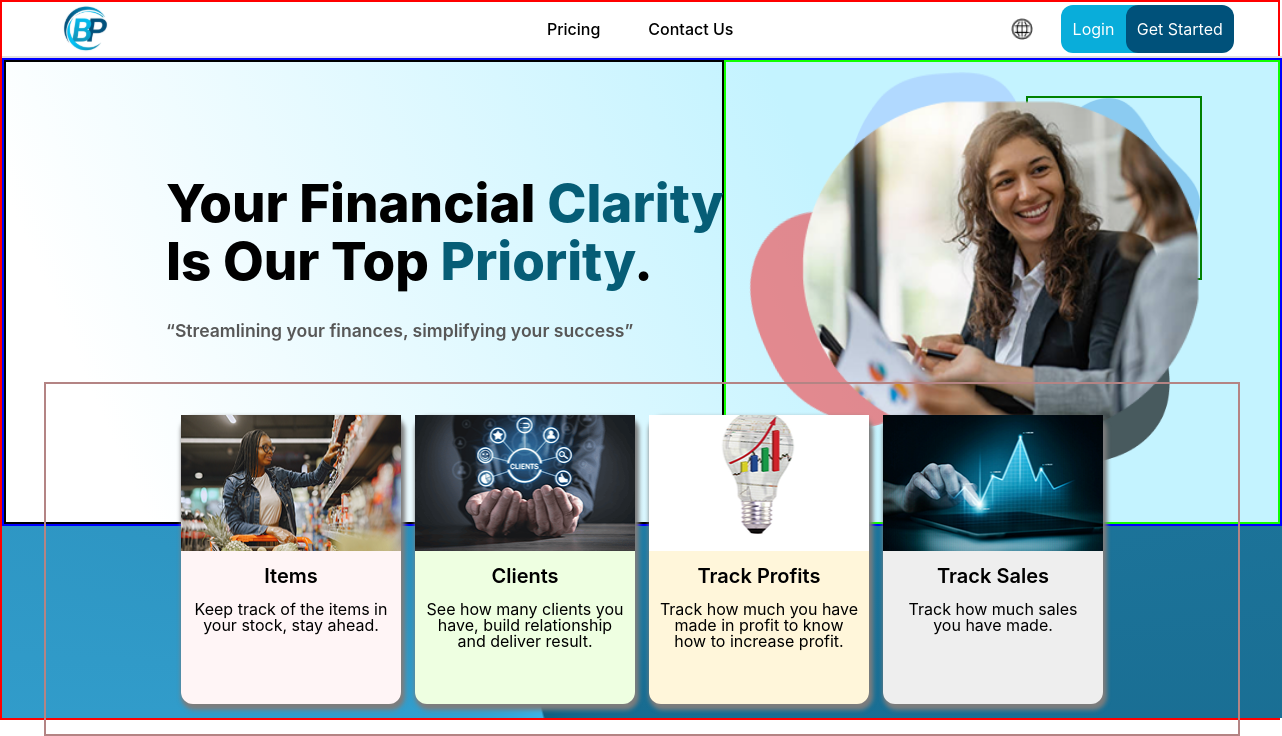
Repository: dark-txch/Bizpadi
Page: /
These files come from the project's save history. The page is drawn as it stood at one moment and after a run of saves; the edit follows.
The browser window is 1280 px wide. The page is 1282 px wide, so the pictures cover 1282 px, including what lies to the right of the window. The pictures show the whole page.
The project was rebuilt for these pictures with package versions that can differ from the ones it lists, and the page was loaded fresh each time. Also part of the build but not shown: vite.config.js, src/components/ErrorBoundary.jsx, src/components/LandingPage/PricingPage/Pricing.jsx, src/components/LandingPage/LogInPage/LogIn.jsx.

Above is the page before, as saved 2025-04-07 09:57:16.

### index.html
<!DOCTYPE html>
<html lang="en">
	<head>
		<meta charset="UTF-8" />
		<link rel="icon" type="image/svg+xml" href="/public/logo.svg" />
		<meta name="viewport" content="width=device-width, initial-scale=1.0" />
		<title>Bizpadi</title>
	</head>
	<body>
		<div id="root"></div>
		<script type="module" src="/src/main.jsx"></script>
	</body>
</html>

### src/index.css
:root {
	font-family: system-ui, Avenir, Helvetica, Arial, sans-serif;
	line-height: 1.5;
	font-weight: 400;

	color-scheme: light dark;
	color: black;
	background-color: white;

	font-synthesis: none;
	text-rendering: optimizeLegibility;
	-webkit-font-smoothing: antialiased;
	-moz-osx-font-smoothing: grayscale;
}

* {
	box-sizing: border-box;
	padding: 0;
	margin: 0;
	outline: none;
	border: none;
}

body {
	height: 100vh;
	width: 100vw;

	font-family: "inter", sans-serif;
}

a {
	text-decoration: none;
}

### src/App.jsx
import "./App.css";
import { BrowserRouter as Router, Routes, Route } from "react-router-dom";
import ErrorBoundary from "./components/ErrorBoundary";
// Upper imports are very important
import Nav from "./components/LandingPage/Nav";
import PricingPage from "./components/LandingPage/PricingPage/Pricing";
import LogInPage from "./components/LandingPage/LogInPage/LogIn";
import MidSection from "./components/LandingPage/MidSection";
import Footer from "./components/LandingPage/Footer";

function LandingPage() {
	return (
		<>
			<div className="landingPageContainer">
				<Nav />
				<MidSection />
				<Footer />
			</div>
		</>
	);
}

function App() {
	return (
		<Router>
			<Routes>
				<Route path="/" element={<LandingPage />} />
				<Route path="/pricing" element={<PricingPage />} />
				<Route path="/login" element={<LogInPage />} />
			</Routes>
		</Router>
	);
}

export default App;

### src/App.css
/*  LANDING PAGE/Main container */

@font-face {
	font-family: "MyCustomFont";
	src: url("/fonts/Inter/Inter-Italic-VariableFont_opsz,wght.ttf")
			format("truetype"),
		url("/fonts/Inter/Inter-VariableFont_opsz,wght.ttf") format("truetype");
	font-weight: normal;
	font-style: normal;
}
/* ------------------------------------------------------------------------------- */
/* THIS IS THE LANDING PAGE CONTAINER */
.landingPageContainer {
	width: 100vw;
	height: 100vh;
	font-family: "Inter", sans-serif;
	display: grid;
	/* grid-template-rows: 3.5rem 2fr 1fr; */
	grid-template-rows: 3.5rem 1fr 12rem;

	border: 2px solid red;
}

/* ------------------------------------------------------------------------------------ */
/*  THIS IS THE NAV CONTAINER */
.homepage-nav {
	width: 100%;
	display: flex;
	padding: 0 3rem 0;
	font-size: 1rem;
	align-items: center;
	justify-content: space-between;
	border-bottom: 2px solid #e1dfdf;
}
/*  THIS IS THE NAV CONTAINER CHILDREN */
.homepage-nav .logo {
	/* THIS IS THE LOGO CONTAINER */
	display: flex;
	flex: 1;
	align-self: center;
	height: inherit;
}
.homepage-nav .logo img {
	/* THIS IS THE LOGO IMG */
	height: 100%;
	width: auto;
}

.homepage-nav .pricingContact {
	/* THIS IS THE PRICING AND CONTACT US CONTAINER */
	display: flex;
	flex: 3;
	justify-content: center;
	gap: 3rem;
	font-weight: 500;
	line-height: 100%;
	letter-spacing: 0%;
}
.homepage-nav .pricingContact a {
	color: black;
	cursor: pointer;
}

.homepage-nav .loginGetStarted {
	/*THIS IS THE LOGIN AND GET STARTED CONTAINER*/
	height: 3rem;
	display: flex;
	flex: 1;
	justify-content: end;
	align-items: center;
	gap: 0.7rem;
	color: white;
	border-radius: 12px;
}
.homepage-nav .loginGetStarted img {
	/* THIS IS THE LOGIN AND GET STARTED IMAGE */
	height: 1.5rem;
	transform: translate(1rem, 0);
}
.homepage-nav .loginGetStarted a:nth-of-type(1) {
	/* THIS IS THE LOGIN BUTTON */
	background-color: #09adda;
	color: inherit;
	height: inherit;
	border-radius: inherit;
	display: flex;
	align-items: center;
	padding: 0 2rem 0 0.7rem;
	transform: translate(2rem, 0);
}

.homepage-nav .loginGetStarted a:nth-of-type(2) {
	/* THIS IS THE GET STARTED BUTTON*/
	background-color: #00517a;
	display: flex;
	align-items: center;
	white-space: nowrap;
	color: inherit;
	height: inherit;
	border-radius: inherit;
	padding: 0 0.7rem;
	position: relative;
	z-index: 2;
}

/* MIDSECTION -------------------------------------------------------------------------------*/
/* THIS IS THE MIDSECTION THAT HOUSES THE HEADER AND PARAGRAPH */
.midSection {
	display: flex;
	justify-content: center;
	/* align-items: center; */
	width: 100%;
	background: linear-gradient(246.72deg, #c4f3ff 34.96%, #ffffff 90.24%);

	border: 2px solid rgb(0, 0, 255);
}
.landingPageMotto {
	/* THIS IS THE CONTAINER FOR THE HEADER AND PARAGRAPH */
	padding: 3rem;
	/* max-width: 40rem; */
	max-width: 45rem;
	width: 100%;
	flex: 0 0 auto;
	white-space: nowrap;
	/* transform: translate(8rem, 0); */

	border: 2px solid black;
}
.landingPageMotto > h1 {
	font-weight: 800;
	font-size: 3.3rem;
	line-height: 110%;
	text-transform: capitalize;
	margin: 4rem 7rem 2rem;
}
.landingPageMotto > h1 span {
	color: #065d76;
}
.landingPageMotto > p {
	font-weight: 600;
	font-size: 1.1rem;
	line-height: 100%;
	letter-spacing: 0%;
	margin-left: 7rem;
	color: #575757;
}

.landingPageImages {
	/* THIS IS THE LANDING PAGE IMAGES CONTAINER*/
	flex: 1; /* grow to take remaining space */
	height: 100%;
	display: flex;
	justify-content: center;
	align-items: center;
	/* padding: 3rem; */
	overflow: hidden;
	position: relative; /* so children can be absolutely positioned */

	border: 2px solid rgb(17, 255, 0);
}

.landingPageImages > img {
	/* border: 2px solid green; */
	position: absolute;
	margin-top: -3rem;
}

.landingPageImages > img:nth-of-type(1) {
	/* MAIN SMILEY IMAGE */
	border-radius: 150px;
	width: 25rem;
	z-index: 100;
	/* border: 2px solid green; */
}

.landingPageImages > img:nth-of-type(2) {
	/* THIS IS THE BLACK VECTOR */
	width: 175.07px;
	height: 184.4px;
	transform: translate(5rem, 6.5rem);

	/* border: 2px solid green; */
}

.landingPageImages > img:nth-of-type(3) {
	/* EGG ROUND LIGHT BLUE VECTOR */
	width: 175.07px;
	height: 184.4px;
	opacity: 0.63;
	transform: translate(-4rem, -6.5rem);

	/* border: 2px solid green; */
}

.landingPageImages > img:nth-of-type(4) {
	/* DARK ORANGE VECTOR*/
	/* height: 153px; */
	height: 14rem;
	width: 152px;
	transform: translate(-10.5rem, 3.3rem) rotate(-15deg);

	/* border: 2px solid green; */
}

.landingPageImages > img:nth-of-type(5) {
	/* Top right blue vector */
	width: 176px;
	height: 185;

	transform: translate(7rem, -5rem);

	border: 2px solid green;
}

/* FOOTER---------------------------------------------------------------------------------------------- */
/* This is the footer section/container that houses the feature container */
.footer {
	width: 100vw;
	display: flex;
	justify-content: center;
	/* flex: 1; */
	background: conic-gradient(
		from 164.13deg at 41.58% 79.97%,
		#115e80 0deg,
		#3db3e6 3.6deg,
		#115e80 360deg
	);
}

.footer > section {
	width: 1196px;
	height: 354px;
	display: flex;
	justify-content: center;
	align-items: center;
	gap: 14px;
	position: absolute;
	/* top: 400px; */
	transform: translate(0, -9rem);
	z-index: 999;

	border: 2px solid rgb(180, 132, 132);
}

/* This is the container that houses all the features in the footer */
.featuresContainer {
	width: 220px;
	height: 289px;
	border-radius: 12px;
	text-align: center;
	letter-spacing: 0%;
	box-shadow: 2px 4px 4px 2px #7d7d7d;
}

.featuresContainer h1 {
	font-weight: 600;
	font-size: 20px;
	line-height: 100%;
	margin-bottom: 15px;
}

.featuresContainer p {
	font-weight: 400;
	font-size: 16px;
	line-height: 100%;
	padding: 0 10px 0;
}

/* This is the general image container for the featuresContainer */
.imageContainer {
	height: 136px;
	width: 100%;
	margin-bottom: 15px;
}

/* General styling for the images in the imageContainer */
.imageContainer img {
	width: 100%;
	height: 100%;
}

/* Added colors to the backgrounds of the footer featuresContainer individually */
.items {
	background-color: #fff5f6;
}
.clients {
	background-color: #eeffe1;
}
.trackProfits {
	background-color: #fff6da;
}
.trackSales {
	background-color: #eeeeee;
}

### src/components/LandingPage/Nav.jsx
import { Link } from "react-router-dom";

export default function Nav() {
	return (
		<>
			{/* THIS IS THE NAV CONTAINER */}
			<nav className="homepage-nav">
				{/* THIS IS THE LOGO CONTAINER */}
				<div className="logo">
					<img src="/assets/icons/logo.svg" alt="Bizpadi icon" />
				</div>

				{/* THIS IS THE PRICING AND CONTACT US CONTAINER */}
				<div className="pricingContact">
					<Link to="/pricing">Pricing</Link>
					<a href="#">Contact Us</a>
				</div>

				{/* THIS IS THE LOGIN AND GET STARTED CONTAINER*/}
				<div className="loginGetStarted">
					<img src="/assets/icons/world.png" alt="world" />
					<Link to="/login">Login</Link>
					<a href="#">Get Started</a>
				</div>
			</nav>
		</>
	);
}

### src/components/LandingPage/MidSection.jsx
export default function MidSection() {
	return (
		<section className="midSection">
			<div className="landingPageMotto">
				<h1>
					Your financial{" "}
					<span>
						clarity <br />
					</span>
					is our top <span>priority</span>.
				</h1>
				<p>“Streamlining your finances, simplifying your success”</p>
			</div>

			{/* This is the images section in the mid section */}
			<div className="landingPageImages">
				<img src="/assets/images/smiley.png" alt="smiley" />
				<img src="/assets/images/Vector-black.png" alt="vector-black" />
				<img src="/assets/images/Vector-blue.png" alt="vector-blue" />
				<img src="/assets/images/Vector-orange.png" alt="vector-orange" />
				<img src="/assets/images/Vector.png" alt="vector" />
			</div>
		</section>
	);
}

### src/components/LandingPage/Footer.jsx
export default function Footer() {
	return (
		<div className="footer">
			{/* The section container is the parent to the features */}
			<section>
				<div className="featuresContainer items">
					{/* The feautureOntainer class is given to all the divs housing the features */}
					<div className="imageContainer">
						<img src="/public/assets/images/client-1.png" alt="client-1" />
					</div>
					<h1>Items</h1>
					<p>Keep track of the items in your stock, stay ahead.</p>
				</div>

				<div className="featuresContainer clients">
					<div className="imageContainer">
						<img src="/public/assets/images/client-2.png" alt="client-2" />
					</div>
					<h1>Clients</h1>
					<p>
						See how many clients you have, build relationship and deliver
						result.
					</p>
				</div>

				<div className="featuresContainer trackProfits">
					<div className="imageContainer">
						<img
							src="/public/assets/images/track-profit.png"
							alt="track-profit"
						/>
					</div>
					<h1>Track Profits</h1>
					<p>
						Track how much you have made in profit to know how to increase
						profit.
					</p>
				</div>

				<div className="featuresContainer trackSales">
					<div className="imageContainer">
						<img
							src="../../../public/assets/images/track-sales.png"
							alt="track-sales"
						/>
					</div>
					<h1>Track Sales</h1>
					<p>Track how much sales you have made.</p>
				</div>
			</section>
		</div>
	);
}

Loaded but not shown: src/main.jsx (common file)

After the next 3 saves:
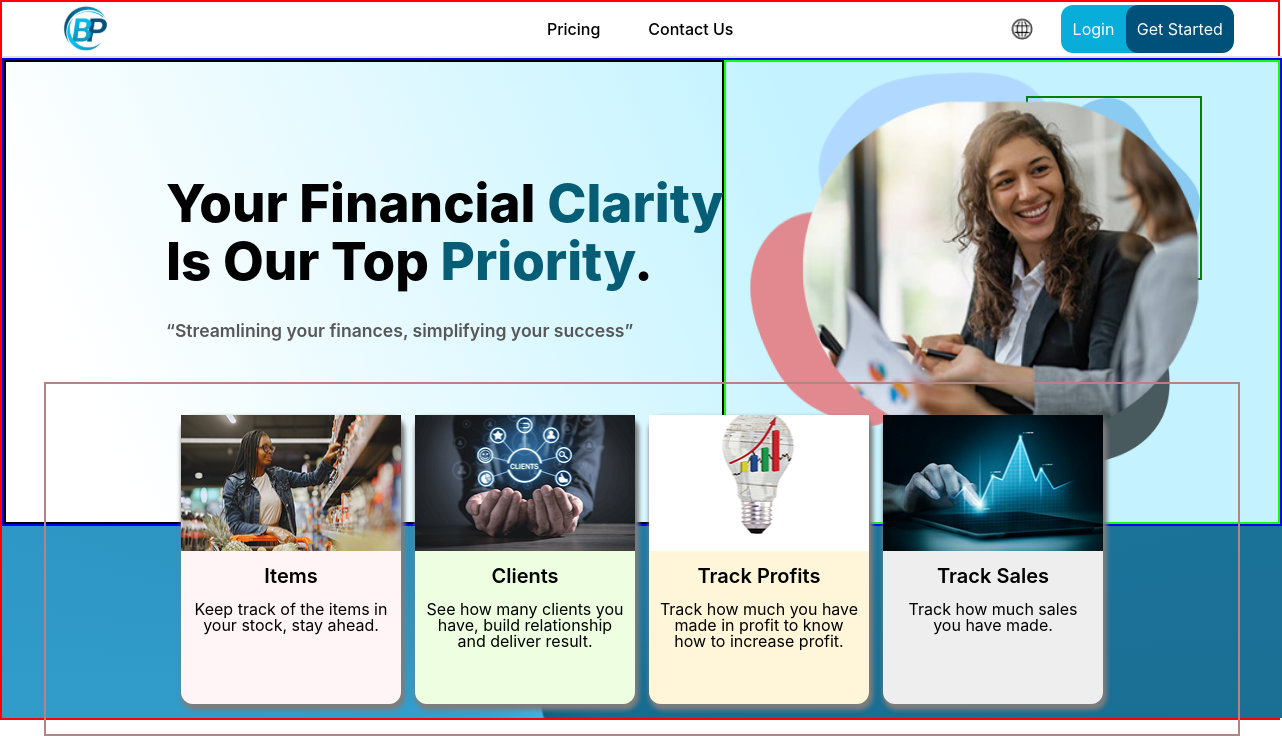
The 3 saves are shown as one change because they came seconds apart.
The last was saved 19 s later.
--- a/src/App.css
+++ b/src/App.css
@@ -184,7 +184,7 @@
 
 .landingPageImages > img:nth-of-type(3) {
 	/* EGG ROUND LIGHT BLUE VECTOR */
-	width: 175.07px;
+	width: 15rem;
 	height: 184.4px;
 	opacity: 0.63;
 	transform: translate(-4rem, -6.5rem);
